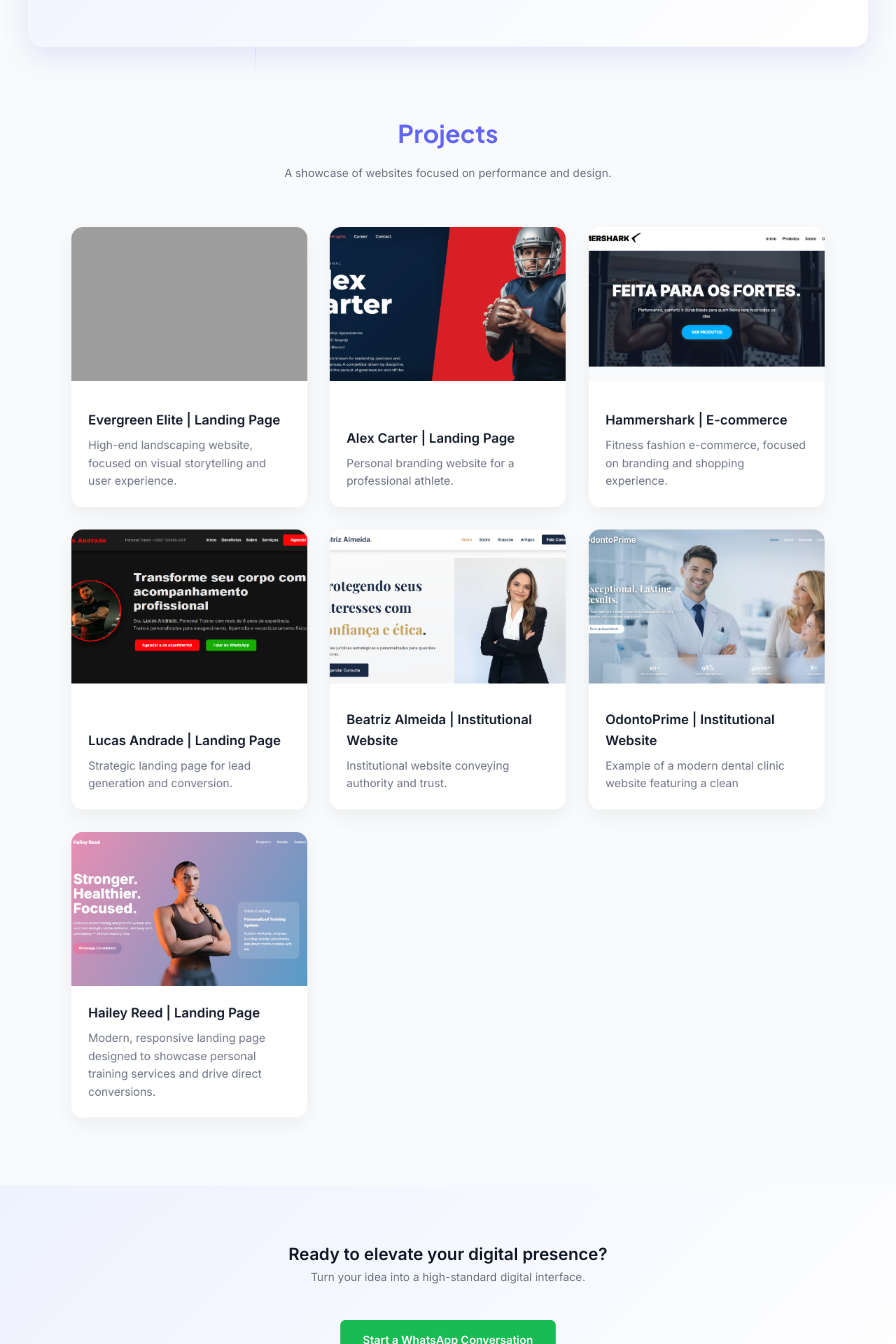
Repository: davidfsillva/portifolio
Page: index.html
An editor plug-in stored every save of this project. The page is shown before and after a run of saves, followed by the edit.
The browser window is 1280 px wide. The pictures show the part of the page from y = 1158 to 3078 px (the page is 3377 px tall), at 70% of full size.
Pictures or frames that could not be fetched are drawn as grey boxes.

Above is the page before, as saved 2026-02-18 21:18:29.
Console error: TypeError: Cannot read properties of null (reading 'addEventListener')

After the next 2 saves:
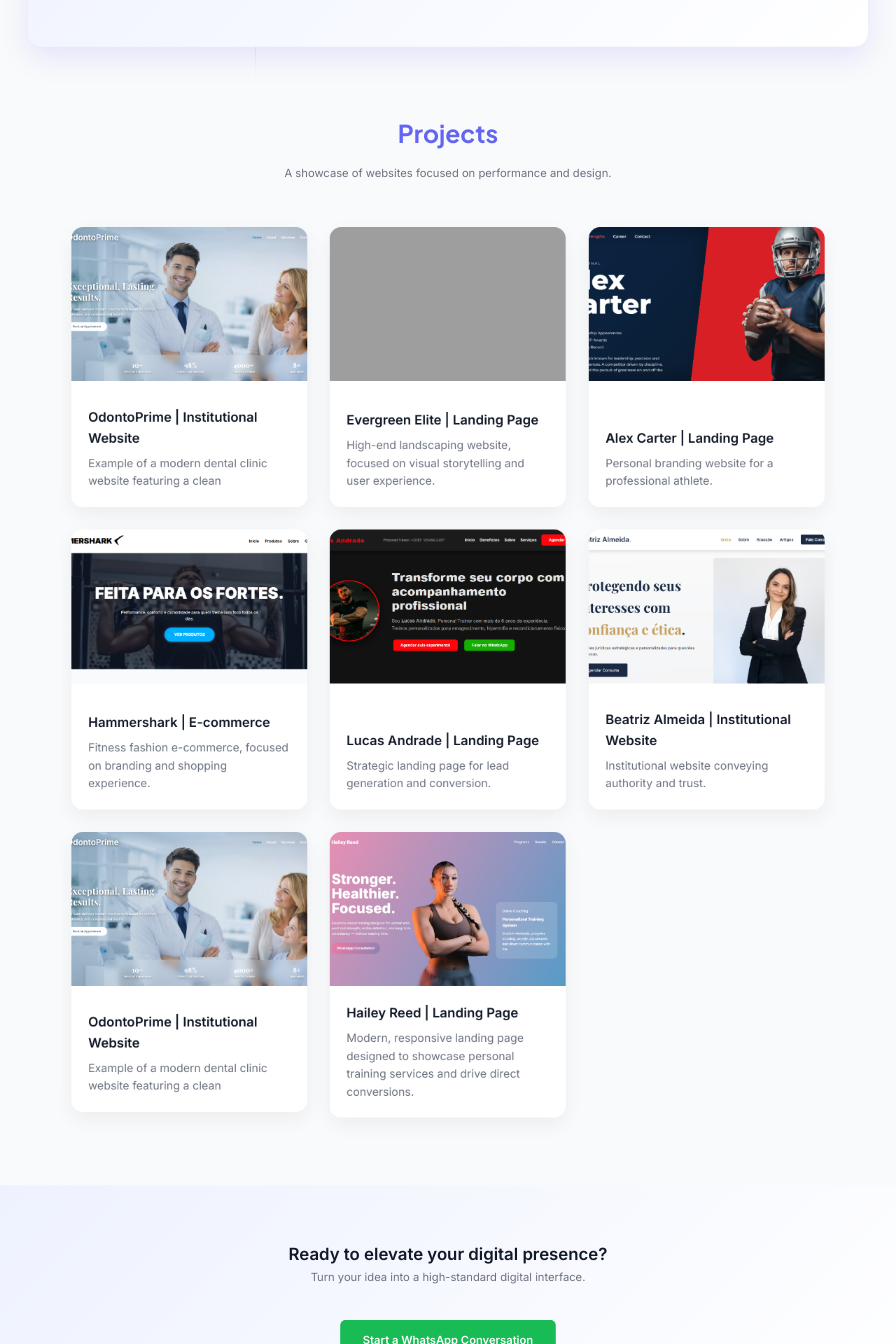
The 2 saves are shown as one change because they came seconds apart.
The last was saved 44 s later.
--- a/index.html
+++ b/index.html
@@ -81,6 +81,20 @@
         </div>
         <div class="portfolio-grid">
 
+                                    <!-- Project 7 -->
+            <a href="https://davidfsillva.github.io/OdontoPrime/" target="_blank" class="project-link">
+                <div class="project-card">
+                    <div class="card-image">
+                        <img src="img/odonto.png" alt="Beatriz Almeida Law Firm Project">
+                        <div class="card-overlay"><span>View Details</span></div>
+                    </div>
+                    <div class="card-info">
+                        <h3>OdontoPrime | Institutional Website</h3>
+                        <p>Example of a modern dental clinic website featuring a clean</p>
+                    </div>
+                </div>
+            </a>
+
             <!-- Project 6 -->
             <a href="https://davidfsillva.github.io/Evergreen-Elite-Landscaping/" target="_blank" class="project-link">
                 <div class="project-card">
